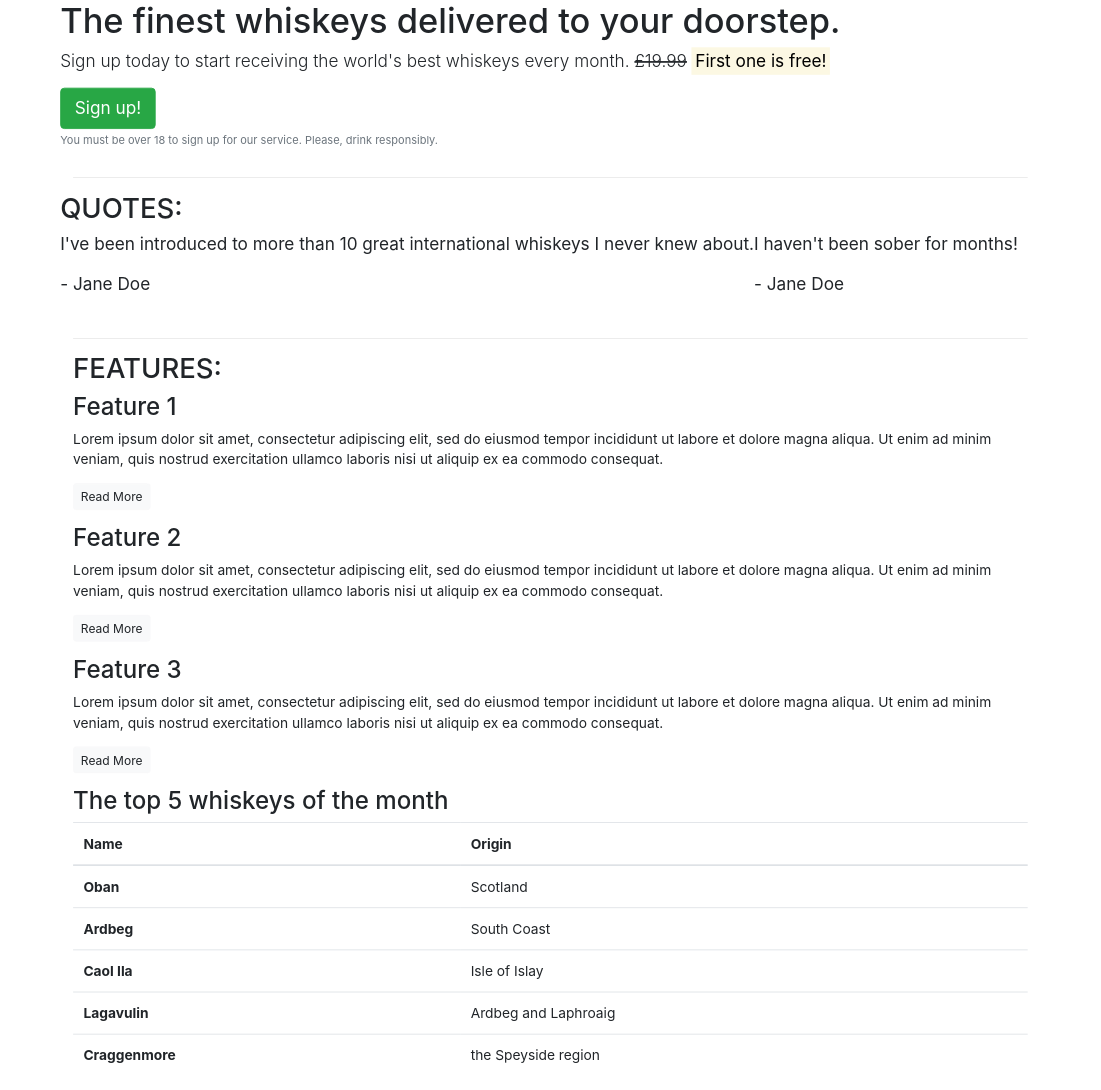
Repository: hidayatmansuri/BootStrap
Page: index.html
The author's editor kept a record of every edit. The page is drawn from the files as they stood at one moment, then again after the next edit.
The browser window is 1280 px wide. The pictures show the whole page, at 86% of full size.

Above is the page before.

### index.html
<!DOCTYPE html>
<html lang="en-us">

<head>
    <meta charset="utf-8">
    <meta name="viewport" content="width=device-width, initial-scale=1.0">
    <meta http-equiv="X-UA-Compatible" content="ie=edge">
    <title>Whiskey Drop | Taste a new whiskey every month</title>
    <link rel="stylesheet" href="https://maxcdn.bootstrapcdn.com/bootstrap/4.1.3/css/bootstrap.min.css">
</head>

<body>
    <article class="container">
        <!-- Callout -->
        <div class="row">
            <section class="callout">
                <h1>The finest whiskeys delivered to your doorstep.</h1>
                <p class="lead">Sign up today to start receiving the world's best whiskeys every month.
                <s>£19.99</s> <strong><mark>First one is free!</mark></strong></p>
                <button class="btn btn-success btn-lg">Sign up!</button>
                <p class="text-muted"><small>You must be over 18 to sign up for our service. Please, drink responsibly.</small></p>
            </section>
        </div>
        <!-- /.callout -->
        <hr>

        <!-- Quotes -->
        <section class="quotes">
            <div class="row">
            <h2 class="text-uppercase">Quotes:</h2>
            </div>
            <div class="row">
                <blockquote class="blockquote">
                    <p>I've been introduced to more than 10 great international whiskeys I never knew about.</p>
                    <p>- Jane Doe</p>
                </blockquote>
                <blockquote class="blockquote">
                    <p>I haven't been sober for months!</p>
                    <p>- Jane Doe</p>
                </blockquote>
            </div>
        </section>
        <!-- /.quotes -->
        <hr>

        <!-- Features -->
        <section class="features">
            <h2 class="text-uppercase">Features:</h2>
            <div class="feature">
                <h3>Feature 1</h3>
                <p>Lorem ipsum dolor sit amet, consectetur adipiscing elit, sed do eiusmod tempor incididunt ut labore et dolore magna aliqua. Ut enim ad minim veniam, quis nostrud exercitation ullamco laboris nisi ut aliquip ex ea commodo consequat.</p>
                <p><a class ="btn btn-sm btn-light">Read More</a></p>
            </div>
            <div class="feature">
                <h3>Feature 2</h3>
                <p>Lorem ipsum dolor sit amet, consectetur adipiscing elit, sed do eiusmod tempor incididunt ut labore et dolore magna aliqua. Ut enim ad minim veniam, quis nostrud exercitation ullamco laboris nisi ut aliquip ex ea commodo consequat.</p>
                <p><a class ="btn btn-sm btn-light">Read More</a></p>
            </div>
            <div class="feature">
                <h3>Feature 3</h3>
                <p>Lorem ipsum dolor sit amet, consectetur adipiscing elit, sed do eiusmod tempor incididunt ut labore et dolore magna aliqua. Ut enim ad minim veniam, quis nostrud exercitation ullamco laboris nisi ut aliquip ex ea commodo consequat.</p>
                <p><a class ="btn btn-sm btn-light">Read More</a></p>
            </div>
        </section>
        <!-- /.features -->
        <section class="center">
            <h3>The top 5 whiskeys of the month</h3>
        <table class="table">
                <thead>
                <tr>
                  <th scope="col">Name</th>
                  <th scope="col">Origin</th>
                </tr>
                </thead>
                <tbody>
                <tr>
                  <th>Oban</th>
                  <td>Scotland</td>
                </tr>
                <tr>
                  <th>Ardbeg</th>
                  <td>South Coast</td>
                </tr>
                <tr>
                  <th>Caol Ila</th>
                  <td>Isle of Islay</td>
                </tr>
                <tr>
                  <th>Lagavulin</th>
                  <td>Ardbeg and Laphroaig</td>
                </tr>
                <tr>
                  <th>Craggenmore</th>
                  <td>the Speyside region</td>
                </tr>
              </tbody>
        </table>
        </section>
    </article>
</body>

</html>

After the next edit:
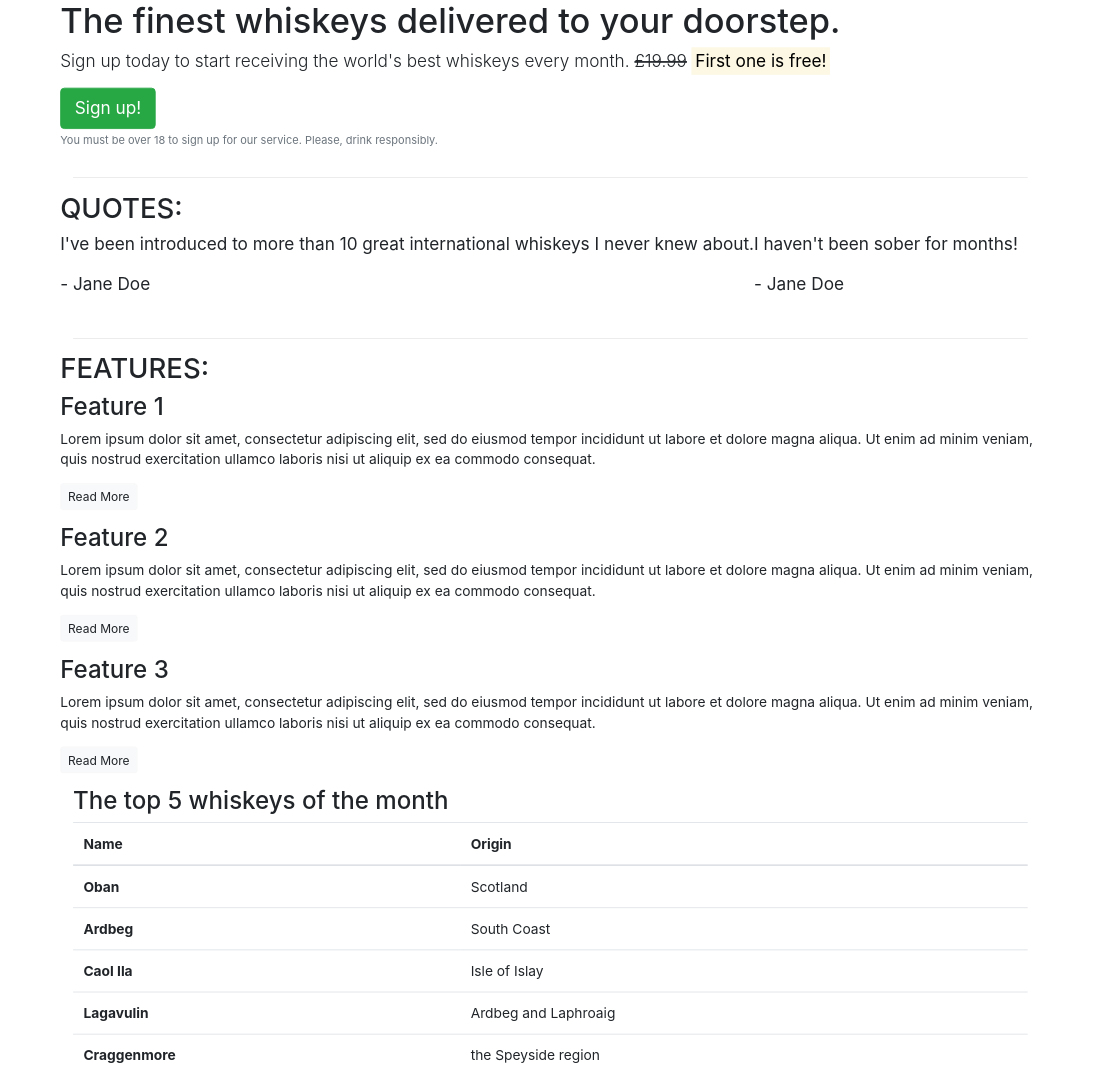
The edit:
--- a/index.html
+++ b/index.html
@@ -45,7 +45,10 @@
 
         <!-- Features -->
         <section class="features">
-            <h2 class="text-uppercase">Features:</h2>
+            <div class="row">
+                <h2 class="text-uppercase">Features:</h2>
+            </div>
+            <div class="row">
             <div class="feature">
                 <h3>Feature 1</h3>
                 <p>Lorem ipsum dolor sit amet, consectetur adipiscing elit, sed do eiusmod tempor incididunt ut labore et dolore magna aliqua. Ut enim ad minim veniam, quis nostrud exercitation ullamco laboris nisi ut aliquip ex ea commodo consequat.</p>
